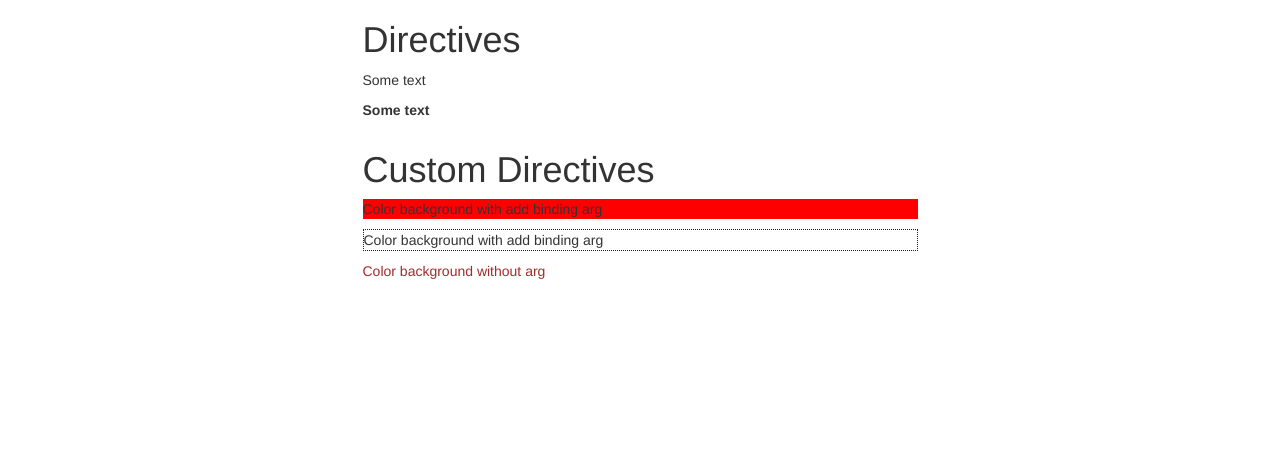
Repository: wojkos/Learn
Page: / (app in Vue/module12/)
An editor plug-in stored every save of this project. The page is shown before and after the next save, followed by the edit.
The browser window is 1280 px wide. The pictures show the whole page.
The project was rebuilt for these pictures with package versions that can differ from the ones it lists, and the page was loaded fresh each time. Also part of the build but not shown: Vue/module12/webpack.config.js.

Above is the page before, as saved 2018-05-17 22:16:01.

### Vue/module12/src/main.js
import Vue from 'vue'
import App from './App.vue'

Vue.directive('highlight', {
    bind(el, binding, vnode) {
        // el.style.backgroundColor = 'green';
        // el.style.backgroundColor = binding.value;
        if (binding.arg == 'background') {
            el.style.backgroundColor = binding.value;
        } else if (binding.arg == 'border') {
            el.style.border = "1px dotted " + binding.value;
        } else {
            el.style.color = binding.value;
        }
    }
});

new Vue({
    el: '#app',
    render: h => h(App)
})

### Vue/module12/src/App.vue
<template>
    <div class="container">
        <div class="row">
            <div class="col-xs-12 col-sm-8 col-sm-offset-2 col-md-6 col-md-offset-3">
                <h1>Directives</h1>
                <p v-text="'Some text'"></p>
                <p v-html="'<strong>Some text</strong>'"></p>

            </div>
        </div>
        <div class="row">
            <div class="col-xs-12 col-sm-8 col-sm-offset-2 col-md-6 col-md-offset-3">
                <h1>Custom Directives</h1>
                <p v-highlight:background="'red'">Color background with add binding arg</p>
                <p v-highlight:border="'blue'">Color background with add binding arg</p>
                <p v-highlight="'brown'">Color background without arg</p>


            </div>
        </div>
    </div>
</template>

<script>
    export default {
    }
</script>

<style>

</style>

Loaded but not shown: Vue/module12/index.html (common file)

After the next save:
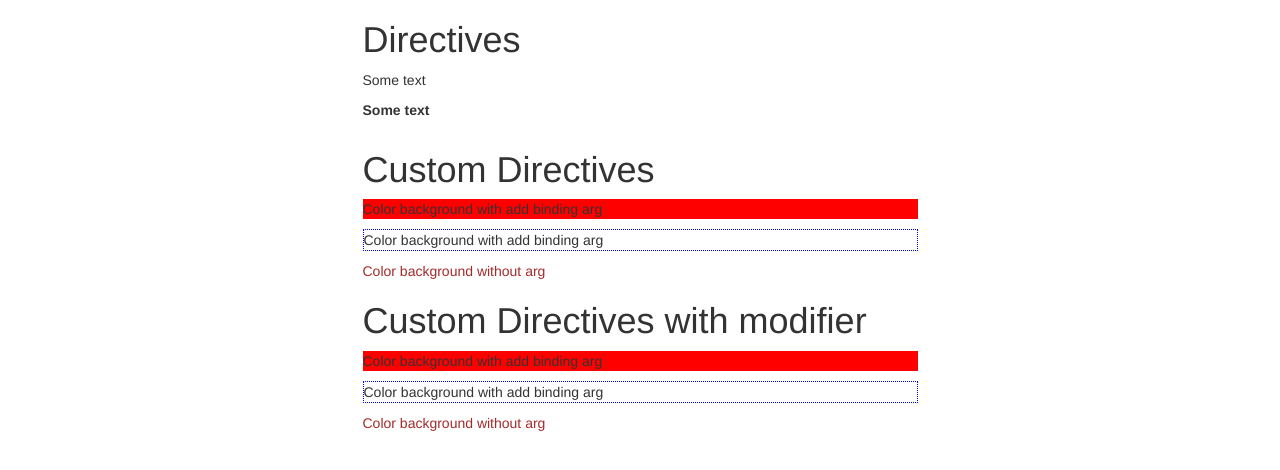
Saved 98 s later.
--- a/Vue/module12/src/App.vue
+++ b/Vue/module12/src/App.vue
@@ -12,6 +12,10 @@
             <div class="col-xs-12 col-sm-8 col-sm-offset-2 col-md-6 col-md-offset-3">
                 <h1>Custom Directives</h1>
                 <p v-highlight:background="'red'">Color background with add binding arg</p>
+                <p v-highlight:border="'blue'">Color background with add binding arg</p>
+                <p v-highlight="'brown'">Color background without arg</p>
+                <h1>Custom Directives with modifier</h1>
+                <p v-highlight:background.delayed="'red'">Color background with add binding arg</p>
                 <p v-highlight:border="'blue'">Color background with add binding arg</p>
                 <p v-highlight="'brown'">Color background without arg</p>
 
